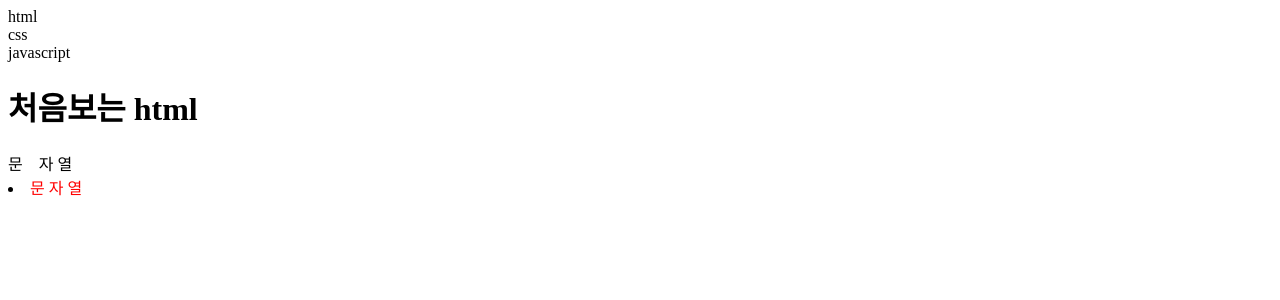
Repository: rightsecond3/java52
Page: workspace_script/dev_html/WebContent/html_day1/basicEl.html
These files come from the project's save history. The page is drawn as it stood at one moment and after the next save; the edit follows.
The browser window is 1280 px wide. The pictures show the whole page.

Above is the page before, as saved 2019-06-04 03:07:17.

### workspace_script/dev_html/WebContent/html_day1/basicEl.html
<!DOCTYPE html>
<html>
<!-- head영역에는 CSS소스를 추가하거나 JavaScript 소스를 추가할 수 있다.
head영역에는 title 태그를 사용할 수 있다.
 -->
<head>
<meta charset="EUC-KR">
<title>Insert title here</title>
</head>
<body>
<!-- 화면처리 내용을 볼 수 있다. -->
html<br>
css<br>
javascript
<h1>처음보는 html</h1>
문 &nbsp;&nbsp;&nbsp;자&nbsp;열<!-- 태그이름은 없고 값이긴 하다. -->
<li><font color="red">문 자      열</font></li>
</body>
</html>

After the next save:
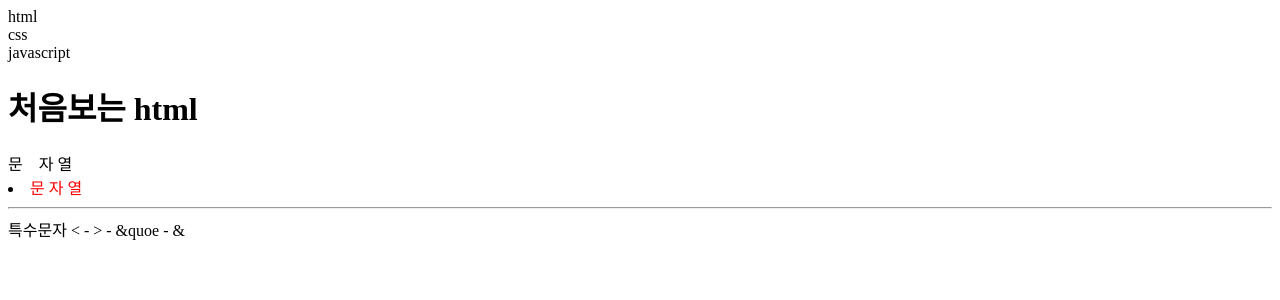
Saved 96 s later.
--- a/workspace_script/dev_html/WebContent/html_day1/basicEl.html
+++ b/workspace_script/dev_html/WebContent/html_day1/basicEl.html
@@ -15,5 +15,8 @@ javascript
 <h1>처음보는 html</h1>
 문 &nbsp;&nbsp;&nbsp;자&nbsp;열<!-- 태그이름은 없고 값이긴 하다. -->
 <li><font color="red">문 자      열</font></li>
+<hr>
+특수문자
+&lt - &gt - &quoe - &amp;
 </body>
 </html>
